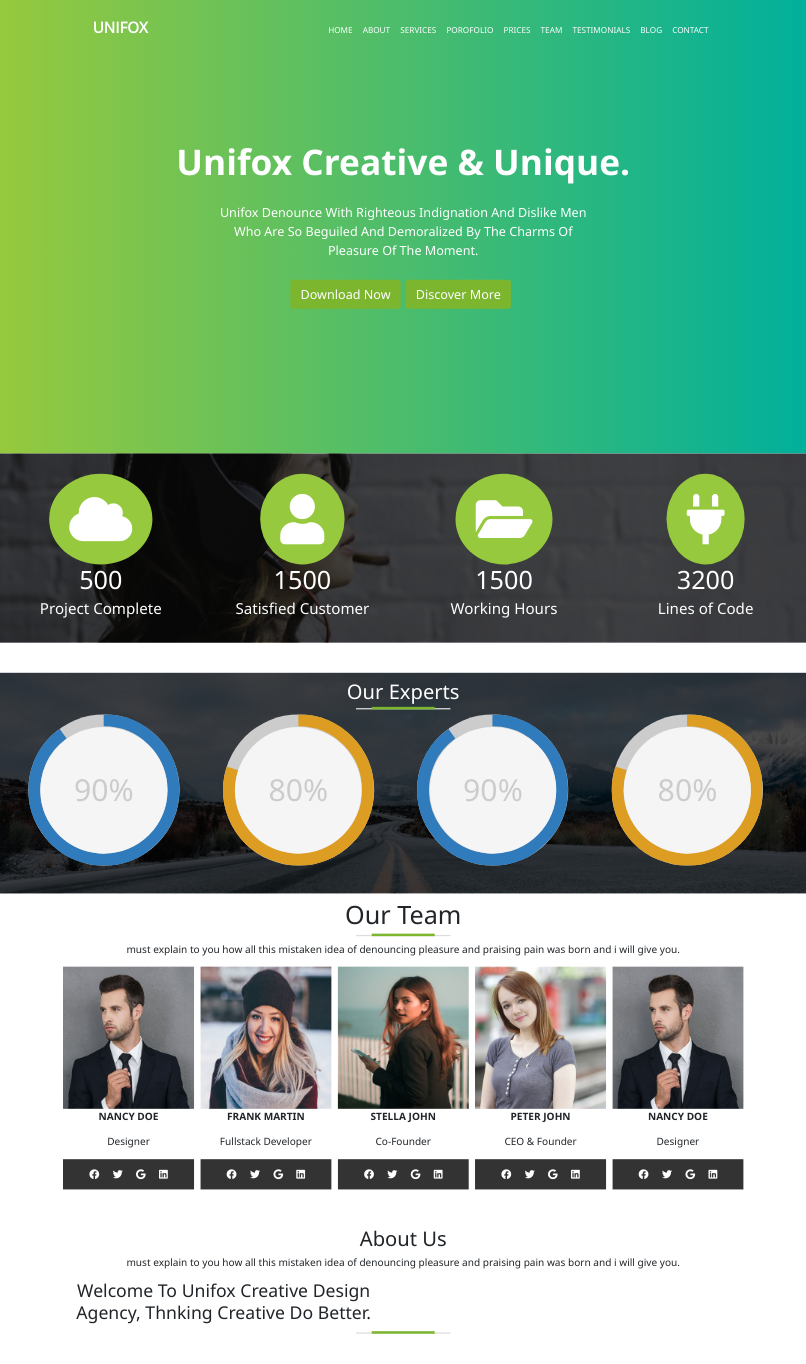
Repository: ibrkhalil/Uniforce-First-Attempt
Page: index.html
These files come from the project's save history. The page is drawn as it stood at one moment and after the next save; the edit follows.
The browser window is 1280 px wide. The pictures show the whole page, at 63% of full size.
Backgrounds fixed to the window are drawn as part of the page.

Above is the page before, as saved 2021-01-24 02:28:15.

After the next save:
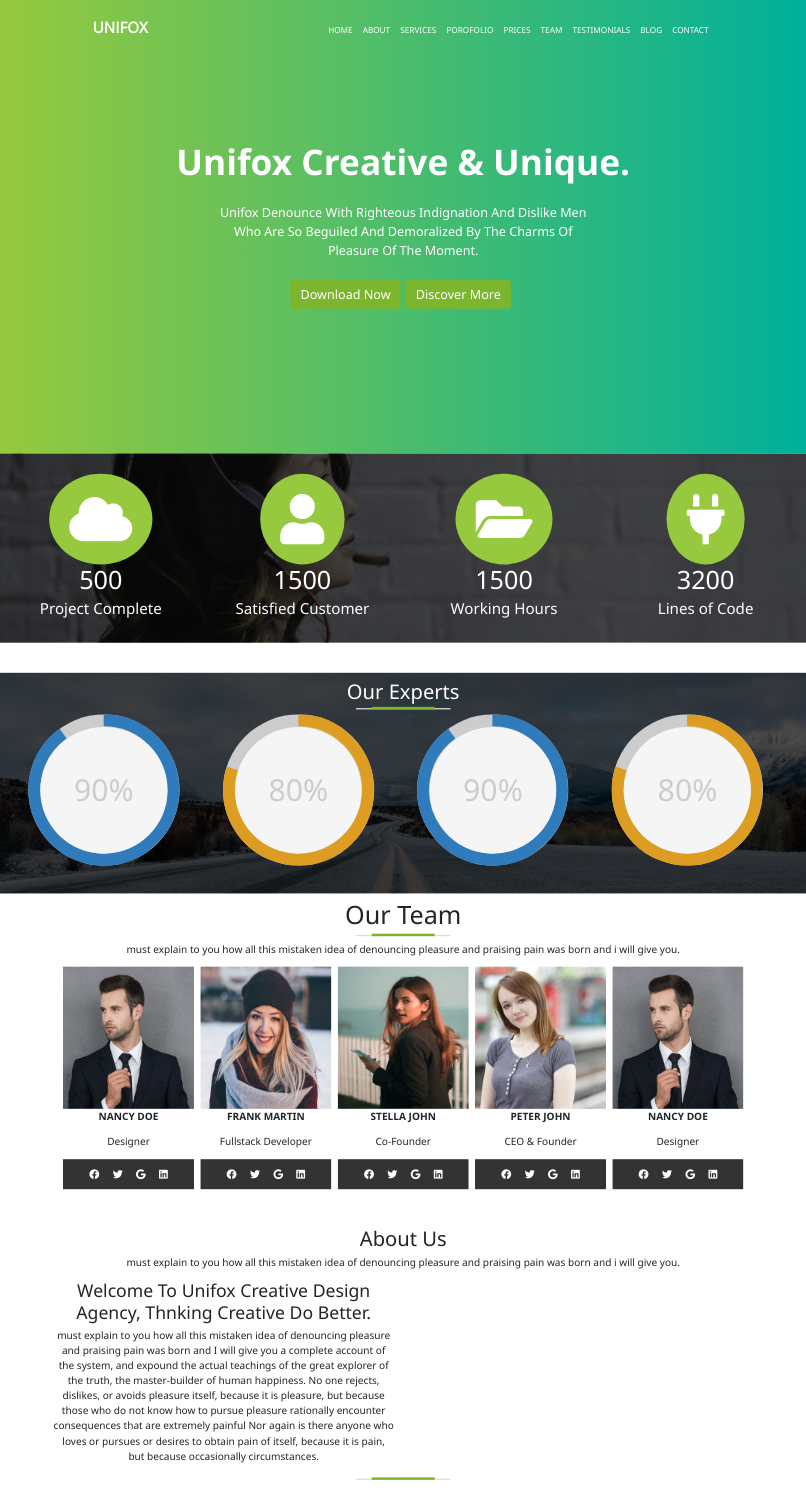
Saved 12 s later.
--- a/index.html
+++ b/index.html
@@ -279,7 +279,7 @@
                 <h2>About Us</h2>
                 <p>must explain to you how all this mistaken idea of denouncing pleasure and praising pain was born and i will give you.</p>
                 <div class="row">
-                    <div class="col-md-6"><h3>Welcome To <span class="green-color">Unifox Creative</span> Design Agency, Thnking Creative Do Better.</h3></div>
+                    <div class="col-md-6"><h3>Welcome To <span class="green-color">Unifox Creative</span> Design Agency, Thnking Creative Do Better.</h3><p>must explain to you how all this mistaken idea of denouncing pleasure and praising pain was born and I will give you a complete account of the system, and expound the actual teachings of the great explorer of the truth, the master-builder of human happiness. No one rejects, dislikes, or avoids pleasure itself, because it is pleasure, but because those who do not know how to pursue pleasure rationally encounter consequences that are extremely painful Nor again is there anyone who loves or pursues or desires to obtain pain of itself, because it is pain, but because occasionally circumstances.</p></div>
                     <div class="col-md-6"></div>
                 </div>
             </div>
